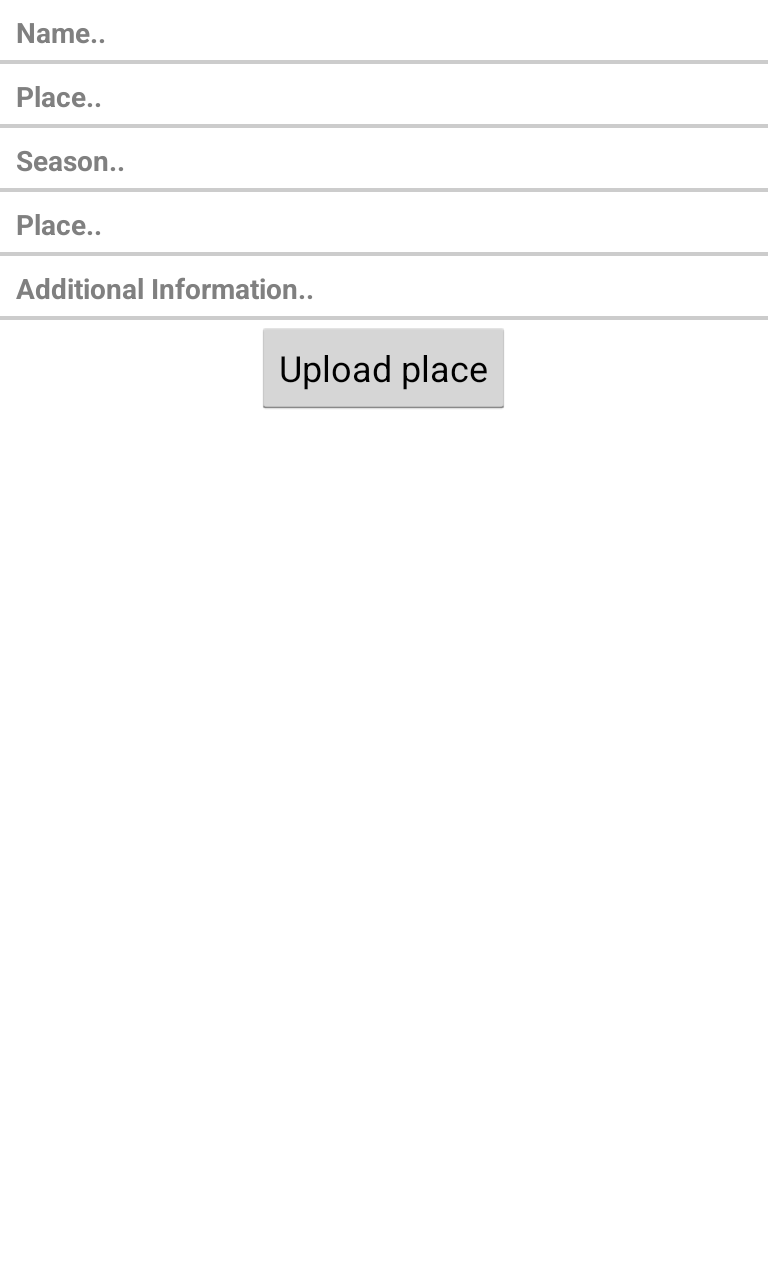
Repository: sandeshshetty/TravelZeus
Layout: TravelZeus/res/layout/fragment_insert_info.xml
An editor plug-in stored every save of this project. The layout is shown before and after the next save, followed by the edit.
It is drawn on a 768 x 1280 px phone screen (xhdpi) without system bars, with theme AppTheme; the app's code is not run.

Above is the layout before, as saved 2015-05-16 17:40:17.

### TravelZeus/res/layout/fragment_insert_info.xml
<?xml version="1.0" encoding="utf-8"?>
<LinearLayout xmlns:android="http://schemas.android.com/apk/res/android"
    android:layout_width="match_parent"
    android:layout_height="match_parent"
    android:orientation="vertical">

    <EditText
        android:id="@+id/userInputName"
        android:layout_height="wrap_content"
    	android:layout_width="match_parent"
    	android:hint="Name.."
    	style="?android:listSeparatorTextViewStyle" />

    <EditText
        android:id="@+id/userInputPlace"
        android:layout_height="wrap_content"
    	android:layout_width="match_parent"
    	android:hint="Place.."
    	style="?android:listSeparatorTextViewStyle" />

    <EditText
        android:id="@+id/userInputSeason"
        android:layout_height="wrap_content"
    	android:layout_width="match_parent"
    	android:hint="Season.."
    	style="?android:listSeparatorTextViewStyle" />

    <EditText
        android:id="@+id/userInputTime"
        android:layout_height="wrap_content"
    	android:layout_width="match_parent"
    	android:hint="Place.."
    	style="?android:listSeparatorTextViewStyle" />

    <EditText
        android:id="@+id/userComment"
        android:layout_height="wrap_content"
    	android:layout_width="match_parent"
    	android:hint="Additional Information.."
    	style="?android:listSeparatorTextViewStyle" />

     <Button
        android:id="@+id/userInputUpload"
        android:layout_width="wrap_content"
        android:layout_height="wrap_content"
       	android:layout_gravity="center_horizontal"
       	android:text="Upload place" />

</LinearLayout>

Loaded but not shown: TravelZeus/res/values/styles.xml (common file); TravelZeus/res/values-v11/styles.xml (common file); TravelZeus/res/values-v14/styles.xml (common file)

After the next save:
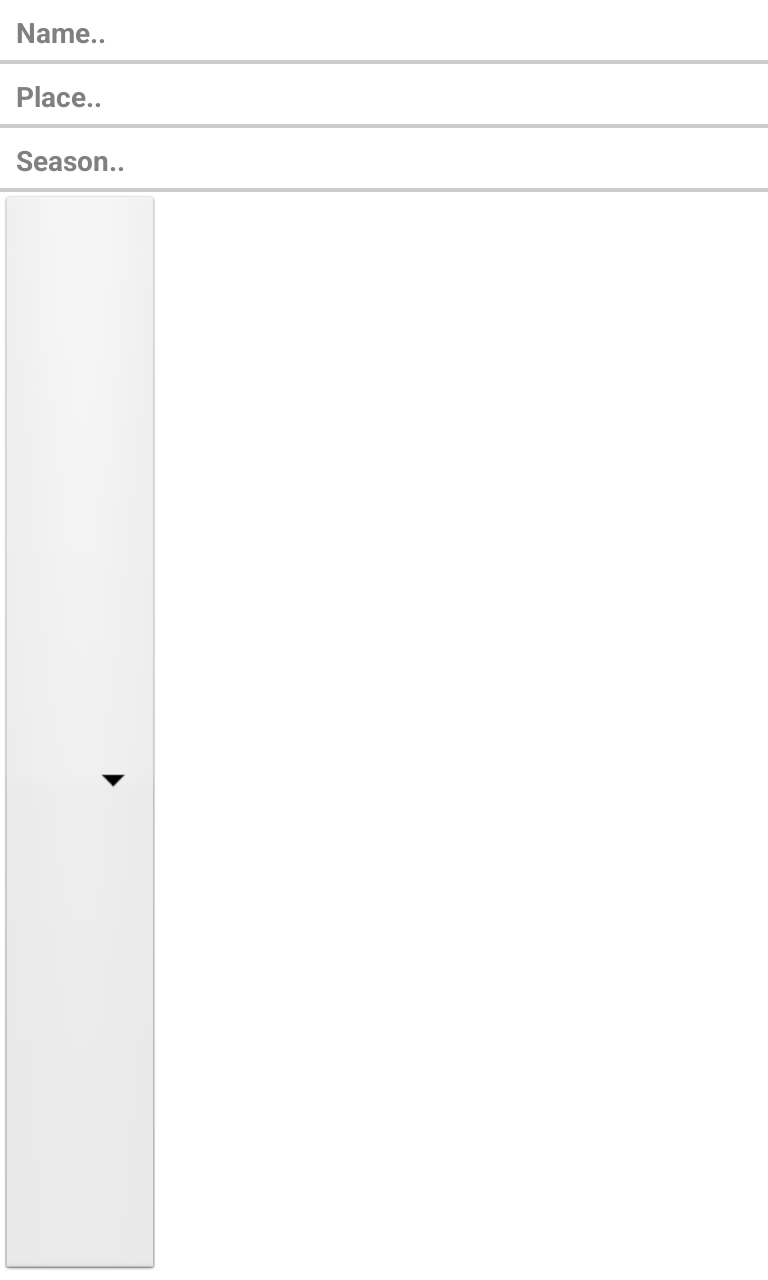
Saved 8 min 33 s later.
--- a/TravelZeus/res/layout/fragment_insert_info.xml
+++ b/TravelZeus/res/layout/fragment_insert_info.xml
@@ -25,11 +25,18 @@
     	android:hint="Season.."
     	style="?android:listSeparatorTextViewStyle" />
 
+   <Spinner
+       android:id="@+id/userInput"
+       android:layout_height="match_parent"
+       android:layout_width="wrap_content"
+        android:background="@android:drawable/btn_dropdown"
+        android:spinnerMode="dropdown"
+       />
     <EditText
         android:id="@+id/userInputTime"
         android:layout_height="wrap_content"
     	android:layout_width="match_parent"
-    	android:hint="Place.."
+    	android:hint="En.."
     	style="?android:listSeparatorTextViewStyle" />
 
     <EditText
